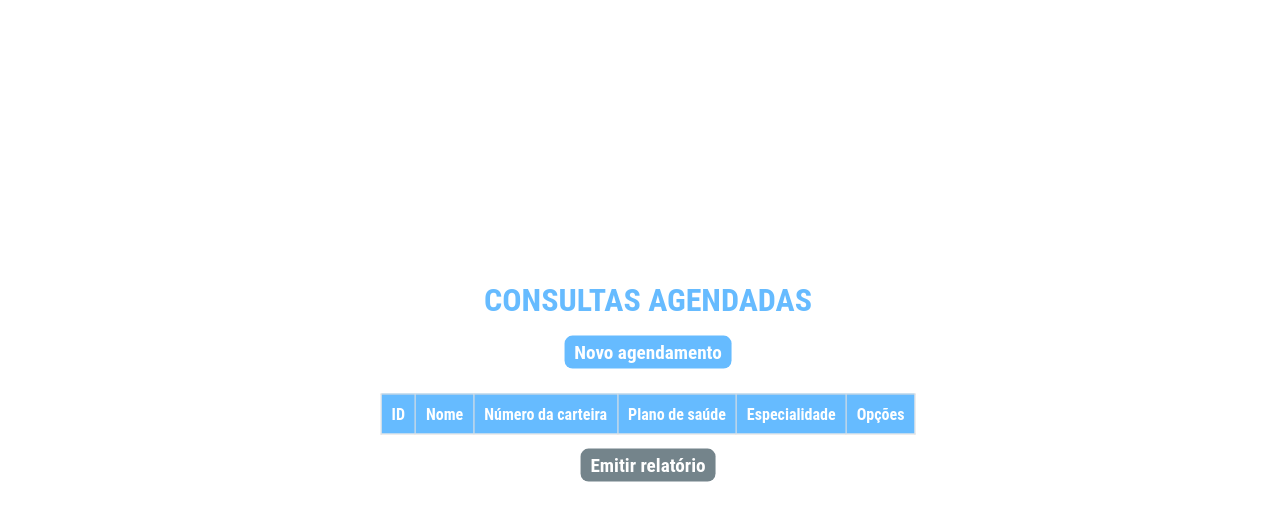
Repository: ohenriquesouza/HospitalCRUD-using-JavaEE
Page: http://localhost/JSP_test/main
An editor plug-in stored every save of this project. The page is shown before and after the next save, followed by the edit.
The browser window is 1280 px wide. The pictures show the whole page.
Some web fonts or font styles are not loaded; a fallback is used. The page is served by Tomcat 10. Queries for data that is not in the repository find no rows.

Above is the page before, as saved 2022-12-28 14:11:35.

After the next save:
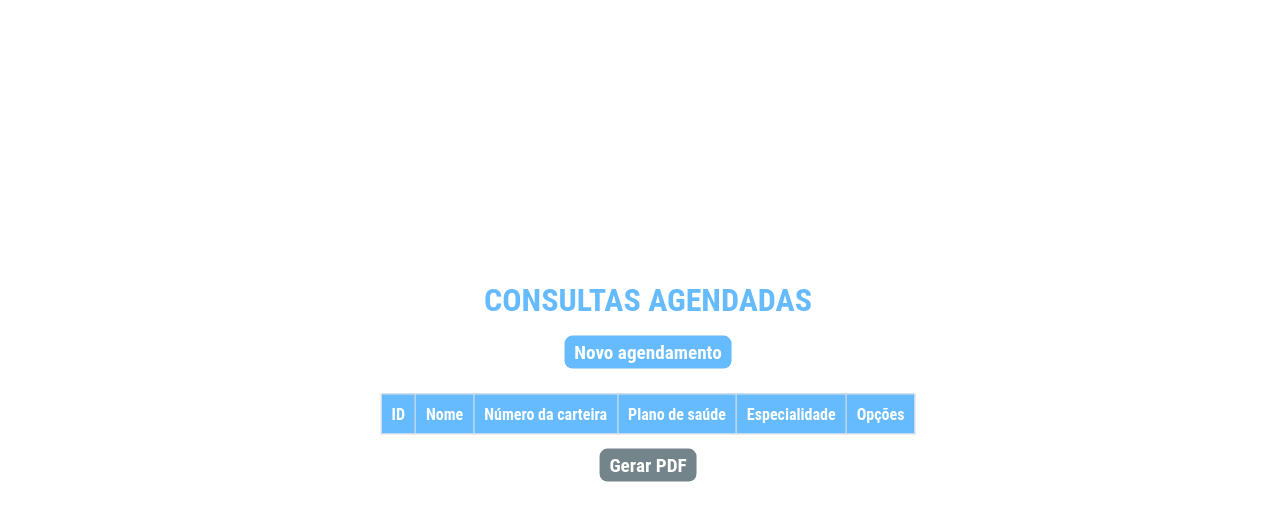
Saved 24 s later.
--- a/JSP_test/src/main/webapp/cadastro.jsp
+++ b/JSP_test/src/main/webapp/cadastro.jsp
@@ -45,7 +45,7 @@
 
 	</table>
 	<br>
-	<center><a href="relatorio" class="botao3">Emitir relatório</a></center>
+	<center><a href="relatorio" class="botao3">Gerar PDF</a></center>
 	<script src="scripts/confirmacao.js"></script>
 </body>
 </html>
